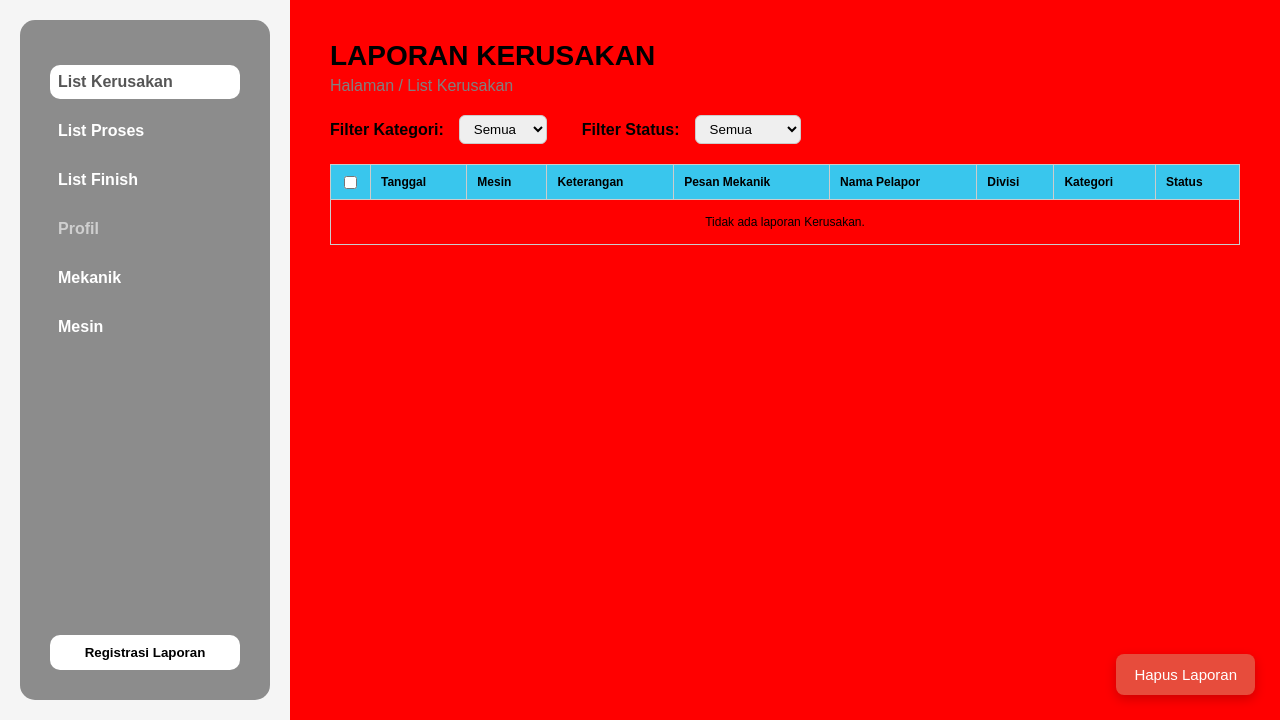
Repository: 1rHub/maintenance
Page: http://localhost/dashboard_laporan.php
An editor plug-in stored every save of this project. The page is shown before and after a run of saves, followed by the edit.
The browser window is 1280 px wide. The pictures show the whole page.
The page is run by PHP 8.4 with error messages shown; the project is at /var/www/html/. Queries for data that is not in the repository find no rows.

Above is the page before, as saved 2025-10-22 15:20:39.

### assets/css/style.css
* {
	margin: 0;
	padding: 0;
	box-sizing: border-box;
}

body {
	font-family: -apple-system, BlinkMacSystemFont, 'Segoe UI', Roboto, Oxygen, Ubuntu, Cantarell, sans-serif;
	background-color: #f5f5f5;
	display: flex;
	height: 100vh;
}

.sidebar {
	width: 250px;
	background-color: #8c8c8c;
	padding: 30px;
	display: flex;
	flex-direction: column;
	justify-content: space-between;
	border-radius: 15px;
	margin: 20px;
}

.menu {
	list-style: none;
}

.menu li {
	margin: 15px 0;
}

.menu a {
	text-decoration: none;
	font-weight: bold;
	font-size: 16px;
	color: white;
	display: block;
	padding: 8px 8px;
	border-radius: 10px;
}

.menu a.active {
	background-color: white;
	color: #555;
}

.menu a.disabled {
	color: #cfcfcf;
	pointer-events: none;
}

.register-btn {
	background-color: white;
	border: none;
	padding: 10px;
	border-radius: 10px;
	font-weight: bold;
	cursor: pointer;
}

.main-content {
	background: red;
	flex: 1;
	padding: 40px;
}

.main-content h1 {
	font-size: 28px;
	font-weight: bold;
}

.main-content2 {
	margin-bottom: 38px;
}

.breadcrumb {
	margin-top: 5px;
	color: gray;
}

/* silang pada Detail Laporan */
.popup {
	display: none;
	position: fixed;
	top: 0;
	left: 0;
	width: 100%;
	height: 100%;
	background: rgba(0, 0, 0, 0.5);
	justify-content: center;
	align-items: center;
	z-index: 1000;
}

.popup-content {
	background: #fff;
	padding: 20px;
	border-radius: 12px;
	width: 400px;
	position: relative;
}

.close-btn {
	float: right;
	position: absolute;
	top: 40px;
	right: 40px;
	font-weight: bold;
	font-size: 25px;
	color: #909090;
	cursor: pointer;
	z-index: 10000;
	/* pastikan di atas semua isi popup */
}

.close-btn:hover {
	color: #000;
}

.popup-content h2 {
	margin-bottom: 15px;
}

.popup-content label {
	display: block;
	margin-top: 10px;
	font-weight: bold;
}

.popup-content input,
.popup-content select,
.popup-content textarea {
	width: 100%;
	padding: 8px;
	margin-top: 5px;
	border-radius: 5px;
	border: 1px solid #ccc;
}

.popup-content button {
	margin-top: 15px;
	padding: 10px;
	border: none;
	border-radius: 8px;
	background: #8c8c8c;
	color: white;
	font-weight: bold;
	cursor: pointer;
}

.hapus-float-btn {
	position: fixed;
	bottom: 25px;
	right: 25px;
	background-color: #e74c3c;
	color: white;
	padding: 12px 18px;
	border: none;
	border-radius: 8px;
	cursor: pointer;
	font-size: 15px;
	box-shadow: 0 4px 12px rgba(0, 0, 0, 0.2);
	transition: all 0.25s ease;
	z-index: 1000;
}

.hapus-float-btn:hover {
	background-color: #c0392b;
	transform: scale(1.05);
}

table {
	font-size: 12px;
	margin-top: 20px;
	width: 100%;
	border-collapse: collapse;
}

table thead {
	background: #39c6ed;
}

table,
th,
td {
	border: 1px solid #ccc;
}

th,
td {
	padding: 10px;
	text-align: left;
}

.filter {
	display: flex;
	align-items: center;
	gap: 15px;
	margin-top: 20px;
	margin-bottom: 15px;
}

.filter label {
	font-weight: bold;
}

.filter input[type="date"],
.filter select {
	padding: 5px 10px;
	border: 1px solid #ccc;
	border-radius: 6px;
	cursor: pointer;
}

.filter button {
	background-color: #39c6ed;
	color: white;
	border: none;
	border-radius: 6px;
	padding: 6px 12px;
	cursor: pointer;
	transition: 0.2s;
}

.filter button:hover {
	background-color: #666;
}

.success {
	color: green;
	font-weight: bold;
	margin-top: 10px;
}

.warning {

	color: #ff0000;
	font-weight: bold;
	margin-top: 10px;
}

.kategori {
	font-weight: bold;
	padding: 6px;
	border-radius: 6px;
	color: #fff;
	text-align: center;
}

.kategori.biasa {
	display: list-item;
	margin-top: 3px;
	color: #29b513;

}

.kategori.sedang {
	display: list-item;
	margin-top: 3px;
	color: #efae15;
}

.kategori.urgent {
	display: list-item;
	margin-top: 3px;
	color: #e74c3c;
}

#laporanTable a {
	color: inherit;
	text-decoration: none;
	cursor: pointer;
}

@keyframes fadeIn {
	from {
		opacity: 0;
		transform: scale(0.9);
	}

	to {
		opacity: 1;
		transform: scale(1);
	}
}

a {
	color: inherit;
	text-decoration: none;
}

a:hover {
	text-decoration: underline;
}

.mekanik-list {
	display: flex;
	flex-direction: column;
	gap: 8px;
	margin-top: 10px;
}

.mekanik-item {
	display: flex;
	align-items: center;
	gap: 10px;
}

.mekanik-item label {
	font-weight: 400;
	color: #000000;
	cursor: pointer;
}

.mekanik-item input[type="checkbox"] {
	width: 18px;
	height: 18px;
	accent-color: #555;
	cursor: pointer;
}

.header-container {
	display: flex;
	justify-content: space-between;
	align-items: center;
}

.menu-opsi {
	position: relative;
	display: inline-block;
}

.menu-btn {
	background: none;
	border: none;
	font-size: 22px;
	cursor: pointer;
	padding: 5px;
	color: #333;
}

.dropdown-menu {
	display: none;
	position: absolute;
	right: 0;
	top: 30px;
	background-color: white;
	border: 1px solid #ddd;
	border-radius: 6px;
	box-shadow: 0 5px 15px rgba(0, 0, 0, 0.1);
	z-index: 100;
	width: 180px;
}

.dropdown-menu button {
	width: 100%;
	border: none;
	background: none;
	padding: 10px;
	text-align: left;
	cursor: pointer;
	font-size: 14px;
}

.dropdown-menu button:hover {
	background-color: #f0f0f0;
}

.status.ditunda {
	font-style: italic;
}

.temp-alert {
	position: fixed;
	top: 80px;
	right: 30px;
	background-color: 1;
	color: #2c3e50;
	padding: 12px 20px;
	border-radius: 6px;
	box-shadow: 0 4px 10px rgba(0, 0, 0, 0.15);
	font-size: 14px;
	z-index: 2000;
	opacity: 1;
	transition: opacity 0.5s ease;
}

/* Warna untuk jenis alert berbeda */
.temp-alert.warning {
	color: rgb(255, 196, 0);
}

.temp-alert.success {
	background-color: #27ae60;
	color: white;
}

.temp-alert.error {
	background-color: #e74c3c;
	color: white;
}

.temp-alert.info {
	background-color: #3498db;
	color: white;
}

.laporan-header {
	text-align: center;
	margin-bottom: 20px;
}

.laporan-header img {
	width: 250px;
	height: auto;
	margin-bottom: 10px;
}

.laporan-header h2 {
	margin: 0;
	font-size: 15px;
	color: #333;
}

.filter {
	margin-bottom: 15px;
}

/* Sembunyikan elemen ini saat mencetak */
@media print {

	.filter,
	.menu-opsi,
	.sidebar {
		display: none !important;
	}

	.main-content {
		margin-left: 0;
	}
}

#noData {
	display: none;
	text-align: center;
	color: #000000ff;
	font-size: 12px;
	margin-top: 30px;
}

body {
	font-family: Arial, sans-serif;
}

.mekanik-container {
	margin-left: 220px;
	padding: 20px;
}

.mekanik-list {
	display: grid;
	grid-template-columns: repeat(auto-fill, minmax(220px, 1fr));
	gap: 16px;
	margin-top: 20px;
}

.mekanik-card {
	background: white;
	border-radius: 10px;
	box-shadow: 0 5px 15px rgba(0, 0, 0, 0.1);
	padding: 16px;
	text-align: center;
	transition: 0.3s;
	cursor: pointer;
}

.mekanik-card:hover {
	background: #39c6ed;
	color: white;
	transform: translateY(-3px);
}

.editable {
	border: none;
	background: transparent;
	text-align: center;
	width: 100%;
	font-size: 16px;
	font-weight: 500;
	outline: none;
	cursor: pointer;
}

.float-btn {
	position: fixed;
	bottom: 25px;
	right: 25px;
	background: #39c6ed;
	color: white;
	border: none;
	border-radius: 50%;
	width: 55px;
	height: 55px;
	font-size: 28px;
	cursor: pointer;
	box-shadow: 0 5px 15px rgba(0, 0, 0, 0.3);
}

.popup {
	display: none;
	position: fixed;
	top: 0;
	left: 0;
	width: 100%;
	height: 100%;
	background-color: rgba(0, 0, 0, 0.4);
	justify-content: center;
	align-items: center;
	z-index: 999;
}

.popup-content {
	background: white;
	padding: 35px;
	border-radius: 10px;
	width: 550px;
	max-height: 85vh;
	overflow-y: auto;
	animation: fadeIn 0.3s ease;
}

@keyframes fadeIn {
	from {
		opacity: 0;
		transform: translateY(-10px);
	}

	to {
		opacity: 1;
		transform: translateY(0);
	}
}

.popup-content table {
	width: 100%;
	border-collapse: collapse;
}

.popup-content th,
.popup-content td {
	border: 1px solid #ccc;
	padding: 8px;
	text-align: center;
}

.btn-row {
	margin-top: 20px;
	display: flex;
	justify-content: flex-end;
	gap: 10px;
}

.hapus-btn {
	background: #e74c3c !important;
	border: none;
	color: white;
	padding: 8px 16px;
	border-radius: 6px;
	cursor: pointer;
	font-size: 15px;
}

.edit-btn {
	background: #39c6ed !important;
	border: none;
	color: white;
	padding: 8px 16px;
	border-radius: 6px;
	cursor: pointer;
	font-size: 15px;
}

.close-btn {
	float: right;
	cursor: pointer;
	font-size: 20px;
}

#editNamaInput {
	display: none;
	width: 80%;
	padding: 6px;
	margin-top: 8px;
	border-radius: 5px;
	border: 1px solid #ccc;
	text-align: center;
}

/* === STYLISH CHECKBOX MEKANIK === */
#mekanikList {
	display: flex;
	flex-direction: column;
	gap: 10px;
	margin-top: 10px;
}

#mekanikList label {
	display: flex;
	align-items: center;
	background: #f8f9fa;
	border: 1px solid #ddd;
	border-radius: 10px;
	padding: 8px 12px;
	cursor: pointer;
	transition: 0.25s ease;
	font-weight: 500;
	color: #333;
	margin: 1px;
}

#mekanikList label:hover {
	background: #e9f8ff;
	border-color: #39c6ed;
}

#mekanikList input[type="checkbox"] {
	appearance: none;
	width: 20px;
	height: 20px;
	border: 2px solid #ccc;
	border-radius: 6px;
	margin-right: 12px;
	position: relative;
	transition: 0.2s;
}

#mekanikList input[type="checkbox"]:checked {
	background-color: #39c6ed;
	border-color: #39c6ed;
}

#mekanikList input[type="checkbox"]:checked::after {
	content: "✓";
	color: white;
	font-size: 13px;
	position: absolute;
	top: 1px;
	left: 3px;
}

#mekanikList input[type="checkbox"]:disabled {
	opacity: 0.6;
	cursor: not-allowed;
}

Loaded but not shown: sidebar.php (43 lines, source omitted); koneksi.php (12 lines, source omitted); dashboard_laporan.php (442 lines, source omitted)

After the next 2 saves:
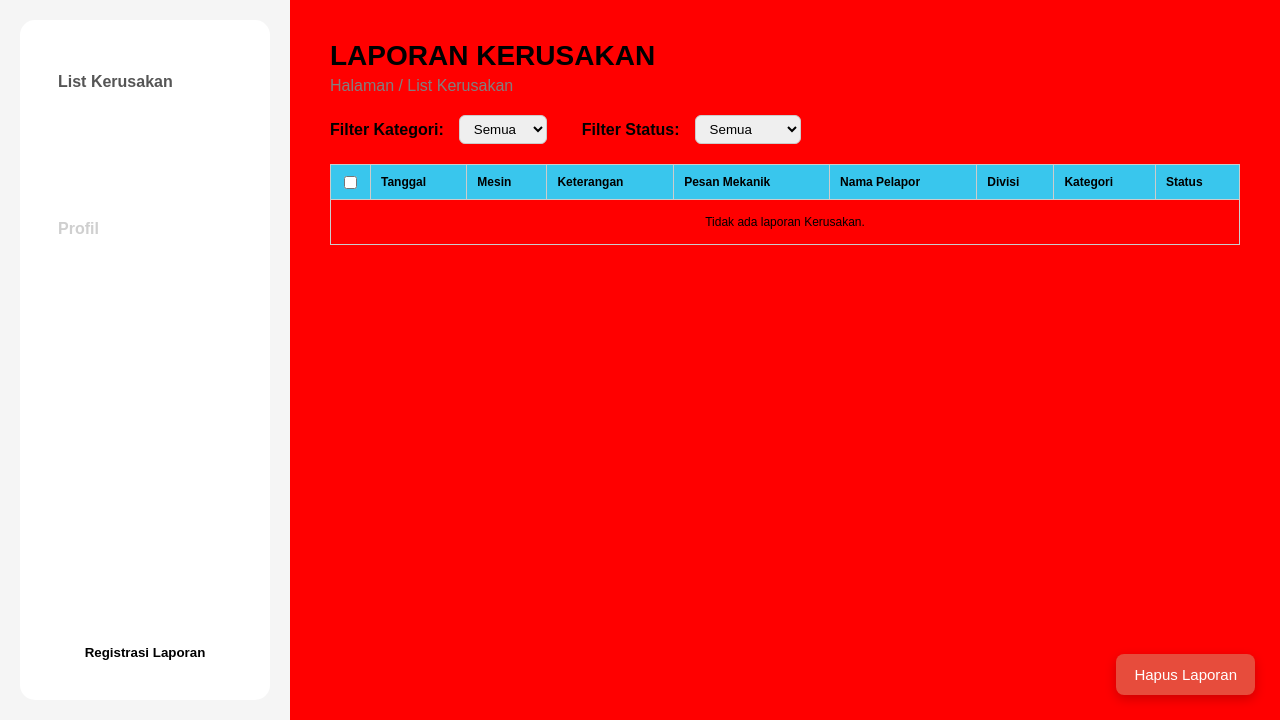
The 2 saves are shown as one change because they came seconds apart.
The last was saved 41 s later.
--- a/assets/css/style.css
+++ b/assets/css/style.css
@@ -13,7 +13,7 @@
 
 .sidebar {
 	width: 250px;
-	background-color: #8c8c8c;
+	background-color: #fff;
 	padding: 30px;
 	display: flex;
 	flex-direction: column;

After the save that followed:
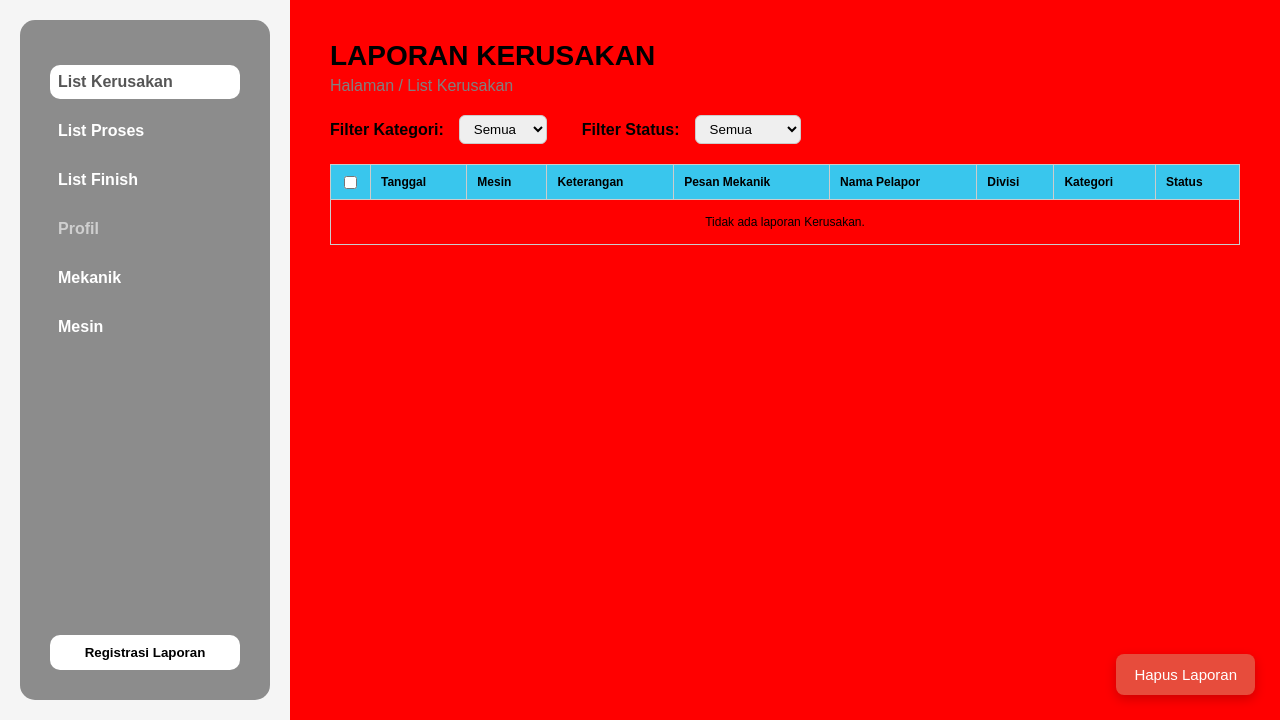
Saved 5 s later.
--- a/assets/css/style.css
+++ b/assets/css/style.css
@@ -13,7 +13,7 @@
 
 .sidebar {
 	width: 250px;
-	background-color: #fff;
+	background-color: #8c8c8c;
 	padding: 30px;
 	display: flex;
 	flex-direction: column;
